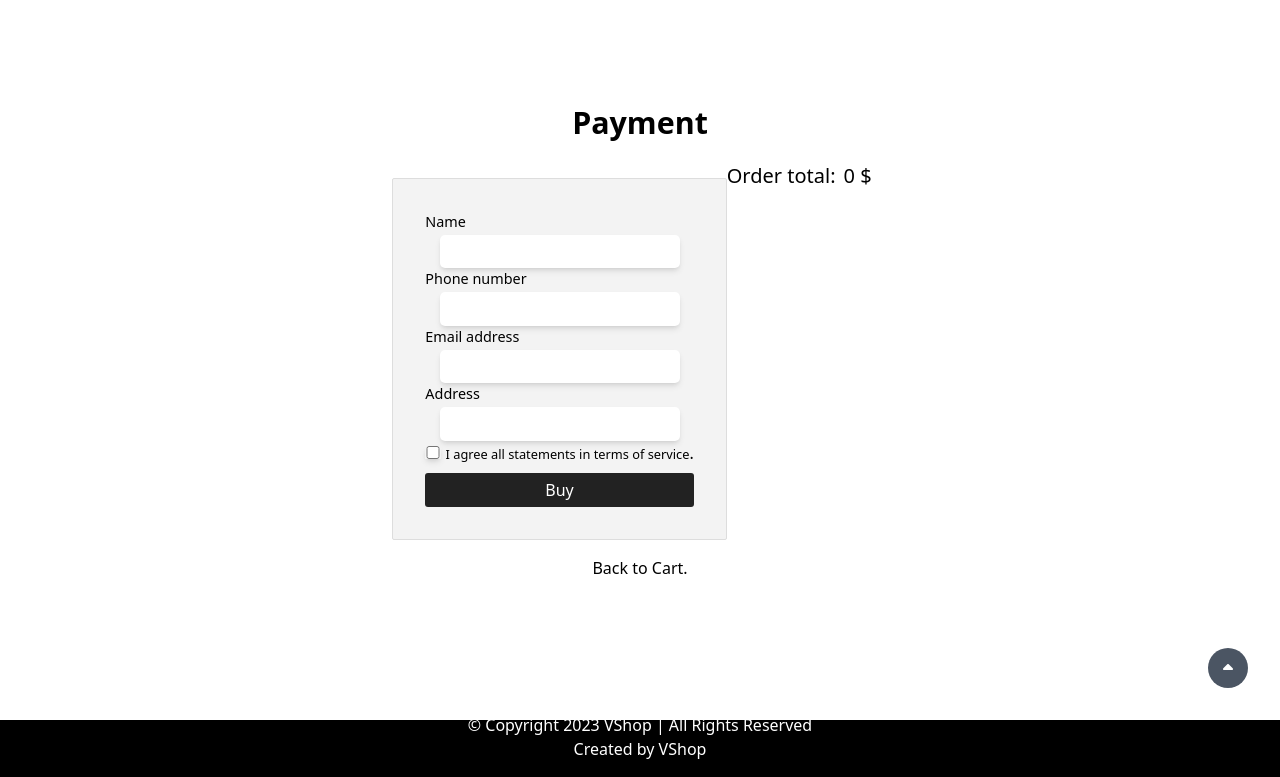
Repository: Kith933UTH/VSHOP
Page: /payment
The author's editor kept a copy of each file at every save. The page is drawn from the files as they stood at one save, then again after the next save.
The browser window is 1280 px wide. The pictures show the whole page.
Pictures or frames that could not be fetched are drawn as grey boxes. The project was rebuilt for these pictures with package versions that can differ from the ones it lists, and the page was loaded fresh each time. Also part of the build but not shown: src/components/product-item/ProductItem.js, src/components/loader/Loader.js, src/constants/constants.js, src/components/product-filters/Category.js, src/components/product-filters/Price.js, src/components/product-filters/Rating.js, src/components/product-filters/ProductFilters.js, src/components/cart-shopping/CartEmpty.js and 20 more.

Above is the page before, as saved 2023-08-04 21:48:22.

After the next save:
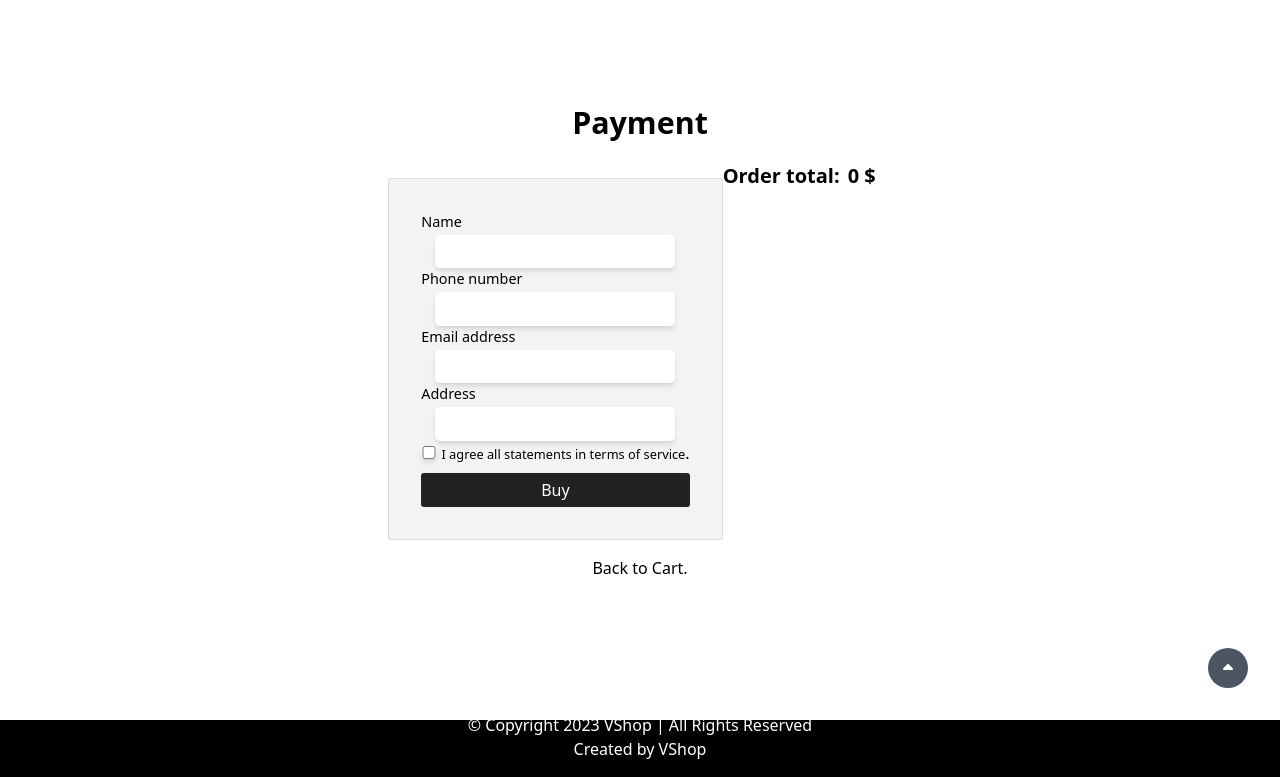
Saved 59 s later.
--- a/src/components/payment/Payment.js
+++ b/src/components/payment/Payment.js
@@ -41,7 +41,7 @@ export function Payment({login}) {
                     {cart.map(item => <CartItemPayment key={item.id} item={item}/>)}
                     <div className='flex justify-center sm:justify-end pt-4'>
                         <div className='w-fit rounded-xl flex flex-col justify-between items-center sm:flex-row'>
-                            <div className='mr-0 sm:mr-4 text-semibold'>
+                            <div className='mr-0 sm:mr-4 font-semibold'>
                                 <span className='mr-2 text-base sm:text-xl'>Order total:</span>
                                 <span className='text-base sm:text-xl'>{totalPrice()} $</span>
                             </div>
